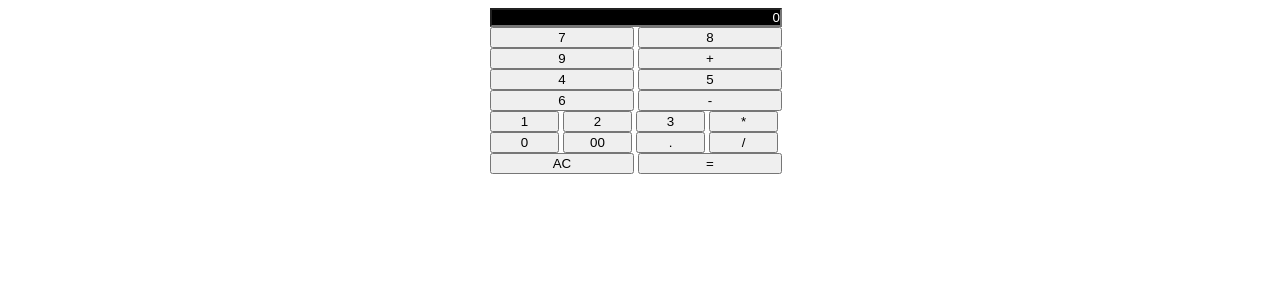
Repository: 7121yamamotorina/memo
Page: index2.html
The author's editor kept a record of every edit. The page is drawn from the files as they stood at one moment, then again after the next edit.
The browser window is 1280 px wide. The pictures show the whole page.
Some web libraries are served in a nearby version.

Above is the page before.

### index2.html
 <!DOCTYPE html>
    <html lang="en">
      <head>
        <meta charset="utf-8">
        <script src="https://code.jquery.com/jquery-3.2.1.js" integrity="sha256-DZAnKJ/6XZ9si04Hgrsxu/8s717jcIzLy3oi35EouyE=" crossorigin="anonymous"></script>
        <link rel="stylesheet" href="main2.css">
        <title>計算機</title>
      </head>

      <body>
        <div class ="wrapper">
          <input readonly id="result" type="text" value="0">

       <div class="flex-container">
         <button class="danme5" onclick="clickbutton('7')">7</button>
          <button class="danme5" onclick="clickbutton('8')">8</button>
         <button class="danme5" onclick="clickbutton('9')">9</button>
         <button class="danme5" onclick="clickbutton('+')">+</button>
       </div>
       <div>
         <button class="danme5" onclick="clickbutton('4')">4</button>
          <button class="danme5" onclick="clickbutton('5')">5</button>
         <button class="danme5" onclick="clickbutton('6')">6</button>
         <button class="danme5" onclick="clickbutton('-')">-</button>
       </div>
        <div>
         <button onclick="clickbutton('1')">1</button>
          <button onclick="clickbutton('2')">2</button>
         <button onclick="clickbutton('3')">3</button>
         <button onclick="clickbutton('*')">*</button>
       </div>
       <div>
         <button onclick="clickbutton('0')">0</button>
          <button onclick="clickbutton('00')">00</button>
         <button onclick="clickbutton('.')">.</button>
         <button onclick="clickbutton('/')">/</button>
       </div>
       <div>
       <button class="danme5" onclick="clickbutton('AC')">AC</button>
       <button class="danme5" onclick="clickbutton('=')">=</button>
        </div>
        <script src="main2.js"></script>
      </body>
    </html>

### main2.css
.wrapper{
  width: 300px;
  margin: 0 auto;
   padding: 0 ;
}
input{
  width:96%;
  padding: 0;
  margin: 0;
  text-align: right;
  background-color: black;
  color: white;
}

button{

width: 23%;
}
.danme5{
  width:48%;
}

### main2.js
function clickbutton(val){
  console.log(document.getElementById("result"))
  let result = document.getElementById("result")
  let target_value = val;
  if(target_value == "AC"){
    result.value = "0";
    console.log("0");
  }else if(target_value == "="){
    result.value = eval(result.value);
    console.log("kekka");
  }else{
    if(result.innerHTML == "0"){
      result.value = target_value;
      console.log("0dakara");
    }else{
      if(result.value.charAt(0) == "0"){
      result.value = result.value.slice(0,0)
    }
    result.value += target_value;
    console.log("owari");
  }
}
}

After the next edit:
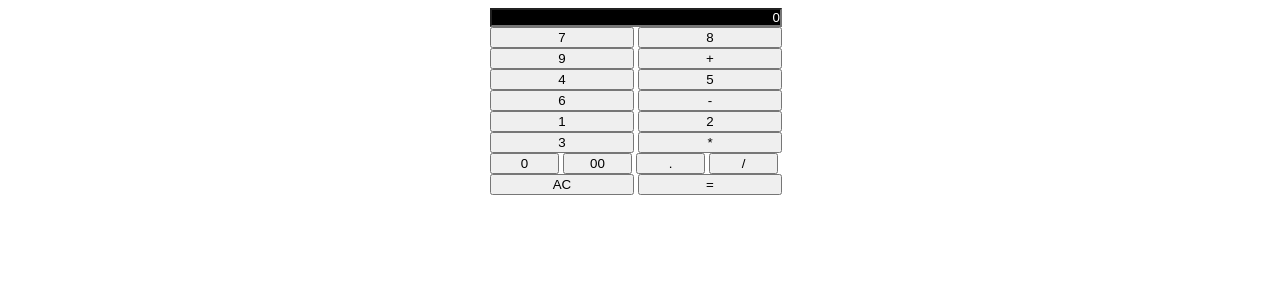
The edit:
--- a/index2.html
+++ b/index2.html
@@ -24,10 +24,10 @@
          <button class="danme5" onclick="clickbutton('-')">-</button>
        </div>
         <div>
-         <button onclick="clickbutton('1')">1</button>
-          <button onclick="clickbutton('2')">2</button>
-         <button onclick="clickbutton('3')">3</button>
-         <button onclick="clickbutton('*')">*</button>
+         <button class="danme5" onclick="clickbutton('1')">1</button>
+          <button class="danme5" onclick="clickbutton('2')">2</button>
+         <button class="danme5" onclick="clickbutton('3')">3</button>
+         <button class="danme5" onclick="clickbutton('*')">*</button>
        </div>
        <div>
          <button onclick="clickbutton('0')">0</button>

After the 2 edits that followed:
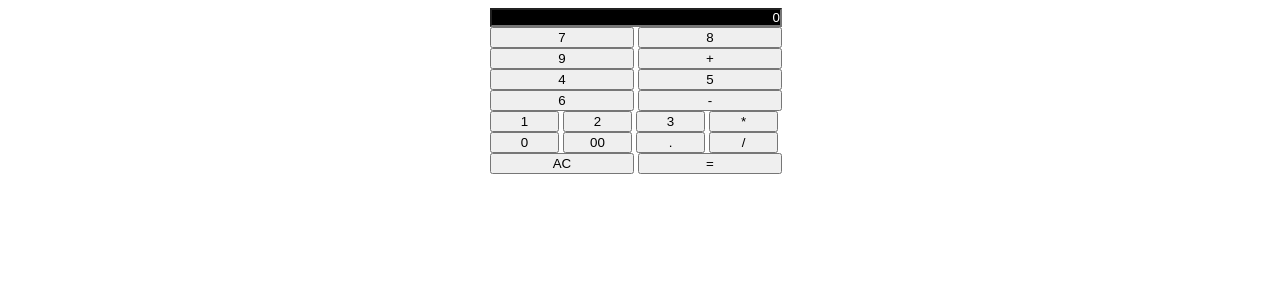
The 2 edits are shown as one change because 1 left the picture as it was.
The edit:
--- a/index2.html
+++ b/index2.html
@@ -24,16 +24,16 @@
          <button class="danme5" onclick="clickbutton('-')">-</button>
        </div>
         <div>
-         <button class="danme5" onclick="clickbutton('1')">1</button>
-          <button class="danme5" onclick="clickbutton('2')">2</button>
-         <button class="danme5" onclick="clickbutton('3')">3</button>
-         <button class="danme5" onclick="clickbutton('*')">*</button>
+         <button class="danme6" onclick="clickbutton('1')">1</button>
+          <button class="danme6" onclick="clickbutton('2')">2</button>
+         <button class="danme6" onclick="clickbutton('3')">3</button>
+         <button class="danme6" onclick="clickbutton('*')">*</button>
        </div>
        <div>
-         <button onclick="clickbutton('0')">0</button>
-          <button onclick="clickbutton('00')">00</button>
-         <button onclick="clickbutton('.')">.</button>
-         <button onclick="clickbutton('/')">/</button>
+         <button class="danme6" onclick="clickbutton('0')">0</button>
+          <button class="danme6" onclick="clickbutton('00')">00</button>
+         <button class="danme6" onclick="clickbutton('.')">.</button>
+         <button class="danme6" onclick="clickbutton('/')">/</button>
        </div>
        <div>
        <button class="danme5" onclick="clickbutton('AC')">AC</button>
